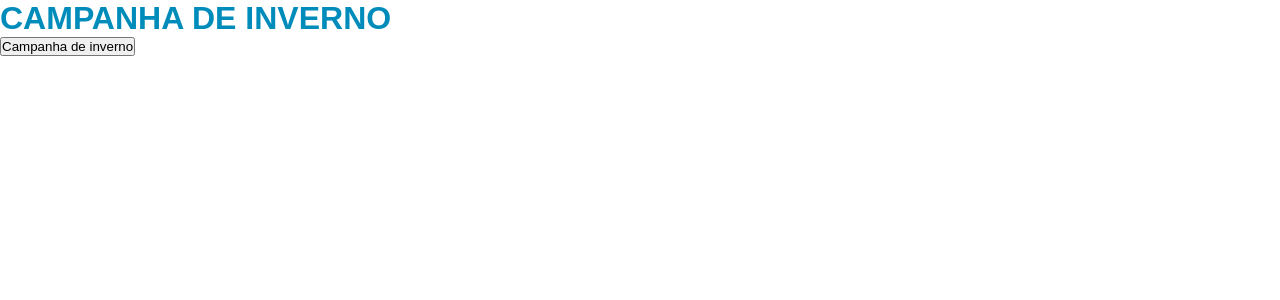
Repository: adrtrvs/qrcodeong
Page: campaignall.html
An editor plug-in stored every save of this project. The page is shown before and after the next save, followed by the edit.
The browser window is 1280 px wide. The pictures show the whole page.
Some web fonts or font styles are not loaded; a fallback is used.

Above is the page before, as saved 2023-05-26 09:33:15.

### campaignall.html
<!DOCTYPE html>
<html lang="pt-br">
  <head>
    <meta charset="UTF-8" />
    <meta http-equiv="X-UA-Compatible" content="IE=edge" />
    <meta name="viewport" content="width=device-width, initial-scale=1.0" />
    <link
      href="./files/logofavifinal.jpeg"
      rel="shortcut icon"
      type="image/x-icon"
    />
    <link rel="stylesheet" href="style.css" />
    <title>Campanha de inverno</title>
  </head>
  <body>
    <h1>Campanha de inverno</h1>
    <button class="buttoncampaignaj">Campanha de inverno</button>
  </body>
</html>

### style.css
@import url('https://fonts.googleapis.com/css2?family=Courgette&display=swap');
@import url('https://fonts.googleapis.com/css2?family=Indie+Flower&display=swap');
@import url('https://fonts.googleapis.com/css2?family=Cuprum:wght@500&display=swap');
* {
  padding: 0;
  margin: 0;
}
@keyframes animate {
  0% {
    opacity: 0;
  }

  50% {
    opacity: 1;
  }

  100% {
    opacity: 0;
  }
}

body {
  /*  background-color: #f5f5dc;*/
  background-repeat: no-repeat;
  background-size: cover;
  width: 100%;
}

header img {
  width: 100%;
}

header p {
  color: black;
  text-align: center;
  font-size: 18px;
  margin: 10px;
  font-family: 'Cuprum', sans-serif;
}

/*Fonts*/

h1,
h2,
h3 {
  color: #008cba;
  text-transform: uppercase;
  font-family: 'Cuprum', sans-serif;
}

/* Menu principal */

.menu h2 {
  background-color: #008cba;
  text-align: center;
  font-size: 18px;
  margin: 5px;
  padding: 5px;
  color: whitesmoke;
  font-family: 'Cuprum', sans-serif;
}

.menu h3 {
  font-size: 16px;
  margin-bottom: 5px;
  font-family: 'Cuprum', sans-serif;
}

/* Listas*/
ul li {
  display: flex;
  justify-content: space-between;
  padding: 16px;
  border-bottom: 1px solid rgba(0, 0, 0, 0.1);
}

/* paragrafos da lista*/
.details {
  padding: 5px;
  color: #008cba;
  font-family: 'Cuprum', sans-serif;
}

/*botão clique lista*/
._link {
  background-color: #008cba;
  border: none;
  padding: 13px 23px;
  border-radius: 26px;
  align-self: flex-start;
}

.submenu button a {
  text-decoration: none;
  font-size: 14px;
  color: whitesmoke;
  white-space: nowrap;
  font-family: 'Cuprum', sans-serif;
}

._link:hover {
  background-color: #cbf305;
  transition-duration: 0.4s;
}

.botaocomprov {
  background-color: #4caf50;
  border: none;
  padding: 13px 23px;
  border-radius: 26px;
}
.botaocomprov:hover {
  background-color: #cbf305;
  transition-duration: 0.4s;
}
.botaocomprov a {
  text-decoration: none;
  font-size: 14px;
  color: whitesmoke;
  white-space: nowrap;
  font-family: 'Cuprum', sans-serif;
}
/* PIX ONG  */
._pix {
  color: black;
  padding: 20px;
  text-align: center;
}
.qrcodepixong {
  display: flex;
  flex-direction: column;
  align-items: center;
  background-color: whitesmoke;
}
.qrcodepixong img {
  max-width: -webkit-fill-available;
}
/* TROCO SOLIDÁRIO */

div.trocorockn {
  display: flex;
  flex-direction: column;
  align-items: center;
  background-color: whitesmoke;
}
.trocorockn img {
  max-width: -webkit-fill-available;
}
.ultroco li {
  text-align: center;
  font-family: 'Cuprum', sans-serif;
  color: #008cba;
}

/*Botão Campaign urgente*/

/* .campaignbutton {
  text-align: center;
  margin: 20px;
}

.campaignbutton a {
  text-decoration: none;
  text-transform: uppercase;
  font-size: 2em;
  color: rgba(219, 10, 10, 0.73);
  text-align: center;
  animation: animate 2s linear infinite;
  font-family: 'Cuprum', sans-serif;
}

.bcampaign {
  padding: 8px 15px;
  border-radius: 26px;
  border: none;
  background-color: #008cba;
}

.bcampaign:hover {
  background-color: #cbf305;
  transition-duration: 0.4s;
} */
/* CAMPAIGN*/

/* campaignvid {
  display: flex;
  flex-direction: column;
  align-items: center;
 */

/* .buttoncampaignaj {
  padding: 8px 15px;
  border-radius: 26px;
  border: none;
  background-color: #008cba;
  margin: 20px;
}

.buttoncampaignaj a {
  text-decoration: none;
  text-transform: uppercase;
  font-size: 2em;
  color: whitesmoke;
  animation: animate 3s linear infinite;
}

.buttoncampaignaj:hover {
  background-color: #4caf50;
  transition-duration: 0.4s;
}

.titlecampaing {
  text-align: center;
  color: rgba(0, 0, 0, 0.9);
}

.campaigndescription {
  font-size: 16px;
  color: rgba(0, 0, 0, 0.8);
  padding: 16px;
  text-align: center;
  justify-content: space-between;
} */

After the next save:
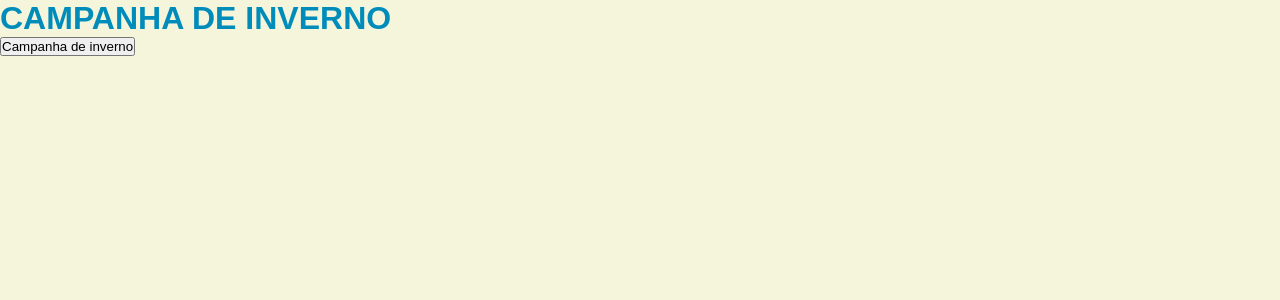
Saved 19 s later.
--- a/style.css
+++ b/style.css
@@ -20,7 +20,7 @@
 }
 
 body {
-  /*  background-color: #f5f5dc;*/
+  background-color: #f5f5dc;
   background-repeat: no-repeat;
   background-size: cover;
   width: 100%;
